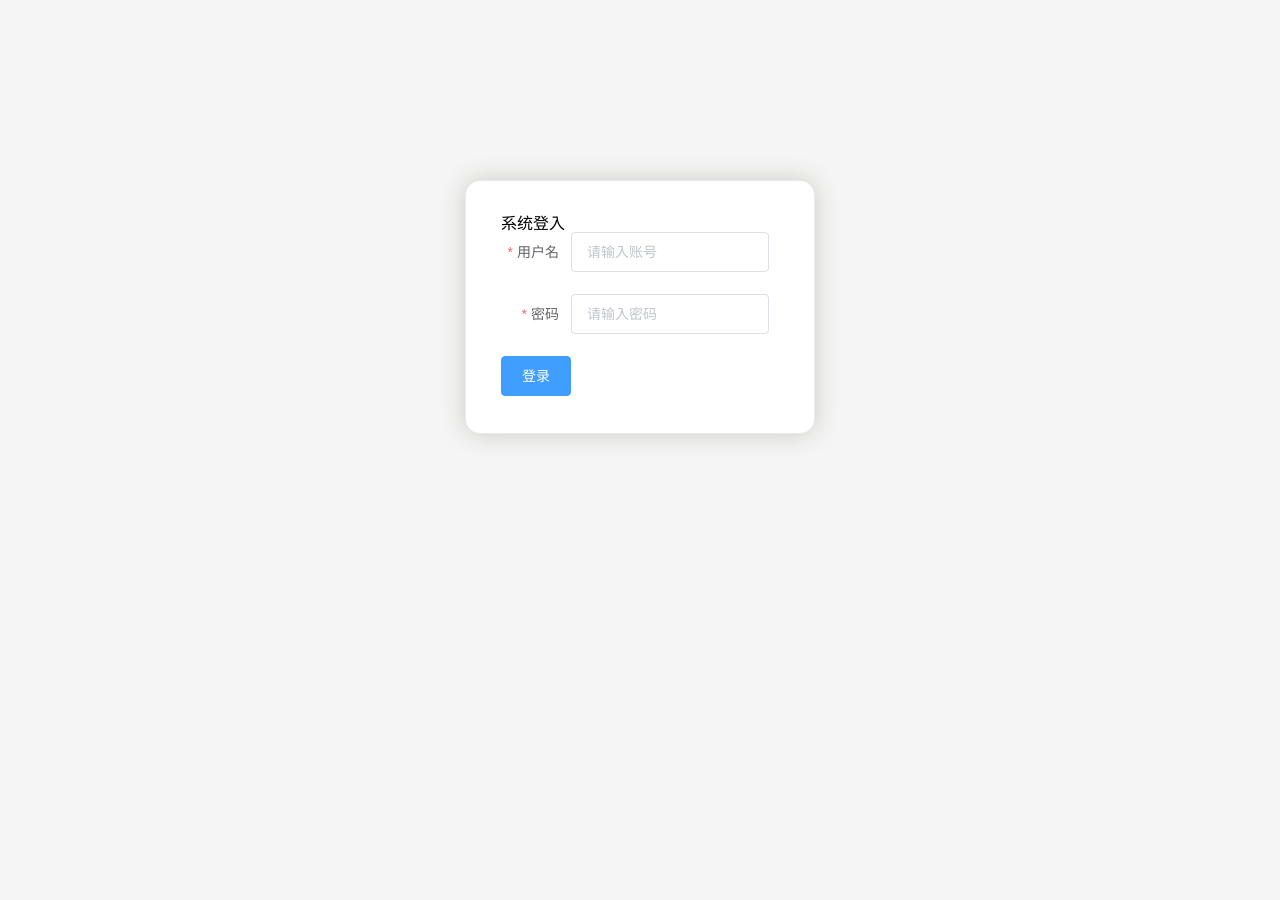
Repository: wangtao20230308/-
Page: /login
An editor plug-in stored every save of this project. The page is shown before and after the next save, followed by the edit.
The browser window is 1280 px wide. The pictures show the whole page.
The project was rebuilt for these pictures with package versions that can differ from the ones it lists, and the page was loaded fresh each time. Also part of the build but not shown: src/components/CommonAside.vue, src/components/CommonHeader.vue, src/components/commonTag.vue, src/views/Main.vue, src/utils/requst.js, src/api/index.js, src/views/Home.vue, src/views/User.vue and 3 more.

Above is the page before, as saved 2023-03-27 14:57:21.

### src/main.js
import Vue from 'vue'
import App from './App.vue'
// //element-ui全局引入
// import ElementUI from 'element-ui';
// import 'element-ui/lib/theme-chalk/index.css';
// //element-ui转换成一个插件
// Vue.use(ElementUI);

//ele按需导入
import {
  Pagination,
  MessageBox,
  DatePicker,
  Select,
  Option,
  Form,
  FormItem,
  Input,
  Dialog,
  Tag,
  Breadcrumb,
  BreadcrumbItem,
  Table,
  TableColumn,
  Col,
  Row,
  Card,
  Button,
  Radio,
  Container,
  Aside,
  Header,
  Main,
  Menu,
  Submenu,
  MenuItemGroup,
  MenuItem,
  Dropdown,
  DropdownMenu,
  DropdownItem,
} from 'element-ui'
import 'element-ui/lib/theme-chalk/index.css'
import './assets/less/index.less'
Vue.use(Button)
Vue.use(Radio)
Vue.use(Container)
Vue.use(Aside)
Vue.use(Header)
Vue.use(Main)
Vue.use(Menu)
Vue.use(Submenu)
Vue.use(MenuItemGroup)
Vue.use(MenuItem)
Vue.use(Dropdown)
Vue.use(DropdownMenu)
Vue.use(DropdownItem)
Vue.use(Card)
Vue.use(Row)
Vue.use(Col)
Vue.use(Table)
Vue.use(TableColumn)
Vue.use(Breadcrumb)
Vue.use(BreadcrumbItem)
Vue.use(Tag)
Vue.use(Dialog)
Vue.use(Form)
Vue.use(FormItem)
Vue.use(Input)
Vue.use(Select)
Vue.use(Option)
Vue.use(DatePicker)
Vue.use(Pagination)

Vue.component(MessageBox.name, MessageBox) // 全局注册组件， 若使用Vue.use()会再初始时候执行一次，有bug
Vue.prototype.$message = MessageBox // 挂载到vm实例上
Vue.prototype.$confirm = MessageBox // 挂载到vm实例上

//路由引入
import router from './router'
import store from './store'
import './api/mock'

Vue.config.productionTip = false

new Vue({
  router,
  store, //把store挂载到vue实例上
  render: (h) => h(App),
}).$mount('#app')

### src/App.vue
<template>
  <div id="app">
    <router-view></router-view>
  </div>
</template>

<script>
//import HelloWorld from './components/HelloWorld.vue'

export default {
  name: 'App',
  components: {
    //HelloWorld
  },
}
</script>

<style lang="less">
html,
body,
h3,
p {
  padding: 0;
  margin: 0;
}
#app {
  height: 100vh;
}
</style>

### src/router/index.js
//import { hasOwnMetadata } from 'core-js/fn/reflect'
import Vue from 'vue'
import VueRouter from 'vue-router'
import Main from '../views/Main.vue'
import Home from '../views/Home.vue'
import User from '../views/User.vue'
import Mall from '../views/Mall.vue'
import PageOne from '../views/PageOne.vue'
import PageTwo from '../views/PageTwo.vue'
import Login from '../views/Login.vue'

Vue.use(VueRouter)

const routes = [
  //主路由
  {
    path: '/',
    name: 'Main',
    //按需引入组件
    //原型：component: import()
    component: Main,
    redirect: '/home',
    children: [
      //子路由（嵌套路由）
      {
        //首页
        path: 'home',
        name: 'home',
        component: Home,
      },
      {
        //用户页
        path: 'user',
        name: 'user',
        component: User,
      },
      {
        //商品管理
        path: 'mall',
        name: 'mall',
        component: Mall,
      },
      {
        //页面1
        path: 'page1',
        name: 'page1',
        component: PageOne,
      },
      {
        //页面2
        path: 'page2',
        name: 'page2',
        component: PageTwo,
      },
      // {
      //   path: '/user',
      //   name: 'user',
      //   //按需引入组件
      //   //原型：component: import()
      //   component: () => import('../views/User')
      // }
    ],
  },
  //登入页面Login
  {
    path: '/login',
    name: 'login',
    component: Login,
  },
]

// new VueRouter({
//   mode: 'history',
// })
const router = new VueRouter({
  mode: 'history',
  routes,
})

//导出路由
export default router

### src/store/index.js
import Vue from 'vue'
import Vuex from 'vuex'
import tab from './tab'

//全局注入状态管理vuex
Vue.use(Vuex)

//创建vuex的实例
export default new Vuex.Store({
  modules: {
    tab,
  },
})

### src/api/mock.js
import Mock from 'mockjs'
import homeApi from './mockServeData/home'
import user from './mockServeData/user'

//定义mock请求拦截
// Mock.mock('/api/home/getData', 'get', function () {
//   //拦截到请求后的处理逻辑
//   console.log('拦截到了')
//   return 1
// })
Mock.mock('/api/home/getData', 'get', homeApi.getStatisticalData)

//用户列表的数据
Mock.mock('/api/user/add', 'post', user.createUser) //新增
Mock.mock('/api/user/edit', 'post', user.updateUser) //编辑
Mock.mock('/api/user/del', 'post', user.deleteUser) //删除
Mock.mock(/api\/user\/getUser/, 'get', user.getUserList) //获取表格数据

### src/assets/less/home.less
.home {
    .user {
      display: flex;
      align-items: center;
      padding-bottom: 20px;
      margin-bottom: 20px;
      border-bottom: 1px solid #ccc;
      img {
        width: 150px;
        height: 150px;
        border-radius: 50%;
        margin-right: 40px;
      }
      &info {
        .name {
          font-size: 32px;
          margin-bottom: 10px;
        }
        .access {
          color: #999999;
        }
      }
    }
    .login-info {
      p {
        line-height: 28px;
        font-size: 14px;
        color: #999999;
        span {
          color: #666666;
          margin-left: 60px;
        }
      }
    }
    .num {
      display: flex;
      flex-wrap: wrap;
      justify-content: space-between;
      .el-card {
        width: 32%;
        margin-bottom: 20px;
      }
      .icon {
        font-size: 30px;
        width: 80px;
        height: 80px;
        text-align: center;
        line-height: 80px;
        color: #fff;
      }
      .detail {
        margin-left: 15px;
        display: flex;
        flex-direction: column;
        justify-content: center;
        .num {
          font-size: 30px;
          margin-bottom: 10px;
        }
        .txt {
          font-size: 14px;
          text-align: center;
          color: #999999;
        }
      }
    }
    .graph {
      margin-top: 20px;
      display: flex;
      justify-content: space-between;
      .el-card {
        width: 48%;
      }
    }
  }

### src/views/Login.vue
<template>
  <div>
    <el-form :model="form" :rules="rules" :inline="true" class="login_container" label-width="70px">
      <h3 class="login_title">系统登入</h3>
      <el-form-item label="用户名" prop="userName">
        <el-input placeholder="请输入账号" v-model="form.userName"></el-input>
      </el-form-item>
      <el-form-item label="密码" prop="passWord">
        <el-input placeholder="请输入密码" v-model="form.passWord" type="password"></el-input>
      </el-form-item>
      <el-form-item>
        <el-button type="primary" @click="onSubmit">登录</el-button>
      </el-form-item>
    </el-form>
  </div>
</template>

<script>
export default {
  data() {
    return {
      form: {
        userName: '',
        passWord: '',
      },
      rules: {
        userName: [{ required: true, message: '请输入用户名', trigger: 'blur' }],
        passWord: [{ required: true, message: '请输入密码', trigger: 'blur' }],
      },
    }
  },
}
</script>

<style lang="less" scoped>
.login_container {
  width: 350px;
  border: 1px solid #eaeaea;
  margin: 180px auto;
  background-color: #fff;
  border-radius: 15px;
  box-shadow: 0 0 25px #cacac6;
  padding: 35px 35px 15px 35px;
  box-sizing: border-box;
  .el-input {
    width: 198px;
  }
}
</style>

### src/store/tab.js
//用来管理菜单的数据
export default {
  state: {
    isCollapse: false, // 控制菜单的展开还是收起
    tabsList: [
      {
        path: '/',
        name: 'home',
        label: '首页',
        icon: 's-home',
        url: 'Home/Home',
      },
    ], //面包屑数据
  },
  mutations: {
    //修改菜单展开收起的方法
    collapseMenu(state) {
      state.isCollapse = !state.isCollapse
    },
    //更新面包屑数据
    selectMenu(state, val) {
      //判断添加的数据是否为首页
      if (val.name !== 'home') {
        const index = state.tabsList.findIndex((item) => item.name === val.name)
        //如果不存在
        if (index === -1) {
          state.tabsList.push(val)
        }
      }
    },
    //删除指定的tag数据
    closeTag(state, item) {
      console.log(item, 'item')
      const index = state.tabsList.findIndex((val) => val.name === item.name)
      state.tabsList.splice(index, 1)
    },
  },
}

### src/api/mockServeData/home.js
// mock数据模拟
import Mock from 'mockjs'

// 图表数据
let List = []
export default {
  getStatisticalData: () => {
    //Mock.Random.float 产生随机数100到8000之间 保留小数 最小0位 最大0位
    for (let i = 0; i < 7; i++) {
      List.push(
        Mock.mock({
          苹果: Mock.Random.float(100, 8000, 0, 0),
          vivo: Mock.Random.float(100, 8000, 0, 0),
          oppo: Mock.Random.float(100, 8000, 0, 0),
          魅族: Mock.Random.float(100, 8000, 0, 0),
          三星: Mock.Random.float(100, 8000, 0, 0),
          小米: Mock.Random.float(100, 8000, 0, 0),
        })
      )
    }
    return {
      code: 20000,
      data: {
        // 饼图
        videoData: [
          {
            name: '小米',
            value: 2999,
          },
          {
            name: '苹果',
            value: 5999,
          },
          {
            name: 'vivo',
            value: 1500,
          },
          {
            name: 'oppo',
            value: 1999,
          },
          {
            name: '魅族',
            value: 2200,
          },
          {
            name: '三星',
            value: 4500,
          },
        ],
        // 柱状图
        userData: [
          {
            date: '周一',
            new: 5,
            active: 200,
          },
          {
            date: '周二',
            new: 10,
            active: 500,
          },
          {
            date: '周三',
            new: 12,
            active: 550,
          },
          {
            date: '周四',
            new: 60,
            active: 800,
          },
          {
            date: '周五',
            new: 65,
            active: 550,
          },
          {
            date: '周六',
            new: 53,
            active: 770,
          },
          {
            date: '周日',
            new: 33,
            active: 170,
          },
        ],
        // 折线图
        orderData: {
          date: ['20191001', '20191002', '20191003', '20191004', '20191005', '20191006', '20191007'],
          data: List,
        },
        //表格数据
        tableData: [
          {
            name: 'oppo',
            todayBuy: 500,
            monthBuy: 3500,
            totalBuy: 22000,
          },
          {
            name: 'vivo',
            todayBuy: 300,
            monthBuy: 2200,
            totalBuy: 24000,
          },
          {
            name: '苹果',
            todayBuy: 800,
            monthBuy: 4500,
            totalBuy: 65000,
          },
          {
            name: '小米',
            todayBuy: 1200,
            monthBuy: 6500,
            totalBuy: 45000,
          },
          {
            name: '三星',
            todayBuy: 300,
            monthBuy: 2000,
            totalBuy: 34000,
          },
          {
            name: '魅族',
            todayBuy: 350,
            monthBuy: 3000,
            totalBuy: 22000,
          },
        ],
      },
    }
  },
}

### src/api/mockServeData/user.js
import Mock from 'mockjs'

// get请求从config.url获取参数，post从config.body中获取参数
function param2Obj(url) {
  const search = url.split('?')[1]
  if (!search) {
    return {}
  }
  return JSON.parse('{"' + decodeURIComponent(search).replace(/"/g, '\\"').replace(/&/g, '","').replace(/=/g, '":"') + '"}')
}

let List = []
const count = 200

for (let i = 0; i < count; i++) {
  List.push(
    Mock.mock({
      id: Mock.Random.guid(),
      name: Mock.Random.cname(),
      addr: Mock.mock('@county(true)'),
      'age|18-60': 1,
      birth: Mock.Random.date(),
      sex: Mock.Random.integer(0, 1),
    })
  )
}

export default {
  /**
   * 获取列表
   * 要带参数 name, page, limt; name可以不填, page,limit有默认值。
   * @param name, page, limit
   * @return {{code: number, count: number, data: *[]}}
   */
  getUserList: (config) => {
    const { name, page = 1, limit = 20 } = param2Obj(config.url)
    console.log('name:' + name, 'page:' + page, '分页大小limit:' + limit)
    const mockList = List.filter((user) => {
      if (name && user.name.indexOf(name) === -1 && user.addr.indexOf(name) === -1) return false
      return true
    })
    const pageList = mockList.filter((item, index) => index < limit * page && index >= limit * (page - 1))
    return {
      code: 20000,
      count: mockList.length,
      list: pageList,
    }
  },
  /**
   * 增加用户
   * @param name, addr, age, birth, sex
   * @return {{code: number, data: {message: string}}}
   */
  createUser: (config) => {
    const { name, addr, age, birth, sex } = JSON.parse(config.body)
    console.log(JSON.parse(config.body))
    List.unshift({
      id: Mock.Random.guid(),
      name: name,
      addr: addr,
      age: age,
      birth: birth,
      sex: sex,
    })
    return {
      code: 20000,
      data: {
        message: '添加成功',
      },
    }
  },
  /**
   * 删除用户
   * @param id
   * @return {*}
   */
  deleteUser: (config) => {
    const { id } = JSON.parse(config.body)
    if (!id) {
      return {
        code: -999,
        message: '参数不正确',
      }
    } else {
      List = List.filter((u) => u.id !== id)
      return {
        code: 20000,
        message: '删除成功',
      }
    }
  },
  /**
   * 批量删除
   * @param config
   * @return {{code: number, data: {message: string}}}
   */
  batchremove: (config) => {
    let { ids } = param2Obj(config.url)
    ids = ids.split(',')
    List = List.filter((u) => !ids.includes(u.id))
    return {
      code: 20000,
      data: {
        message: '批量删除成功',
      },
    }
  },
  /**
   * 修改用户
   * @param id, name, addr, age, birth, sex
   * @return {{code: number, data: {message: string}}}
   */
  updateUser: (config) => {
    const { id, name, addr, age, birth, sex } = JSON.parse(config.body)
    const sex_num = parseInt(sex)
    List.some((u) => {
      if (u.id === id) {
        u.name = name
        u.addr = addr
        u.age = age
        u.birth = birth
        u.sex = sex_num
        return true
      }
    })
    return {
      code: 20000,
      data: {
        message: '编辑成功',
      },
    }
  },
}

Loaded but not shown: public/index.html (common file); src/assets/less/index.less (common file); src/assets/less/common.less (common file); src/assets/less/reset.less (common file)

After the next save:
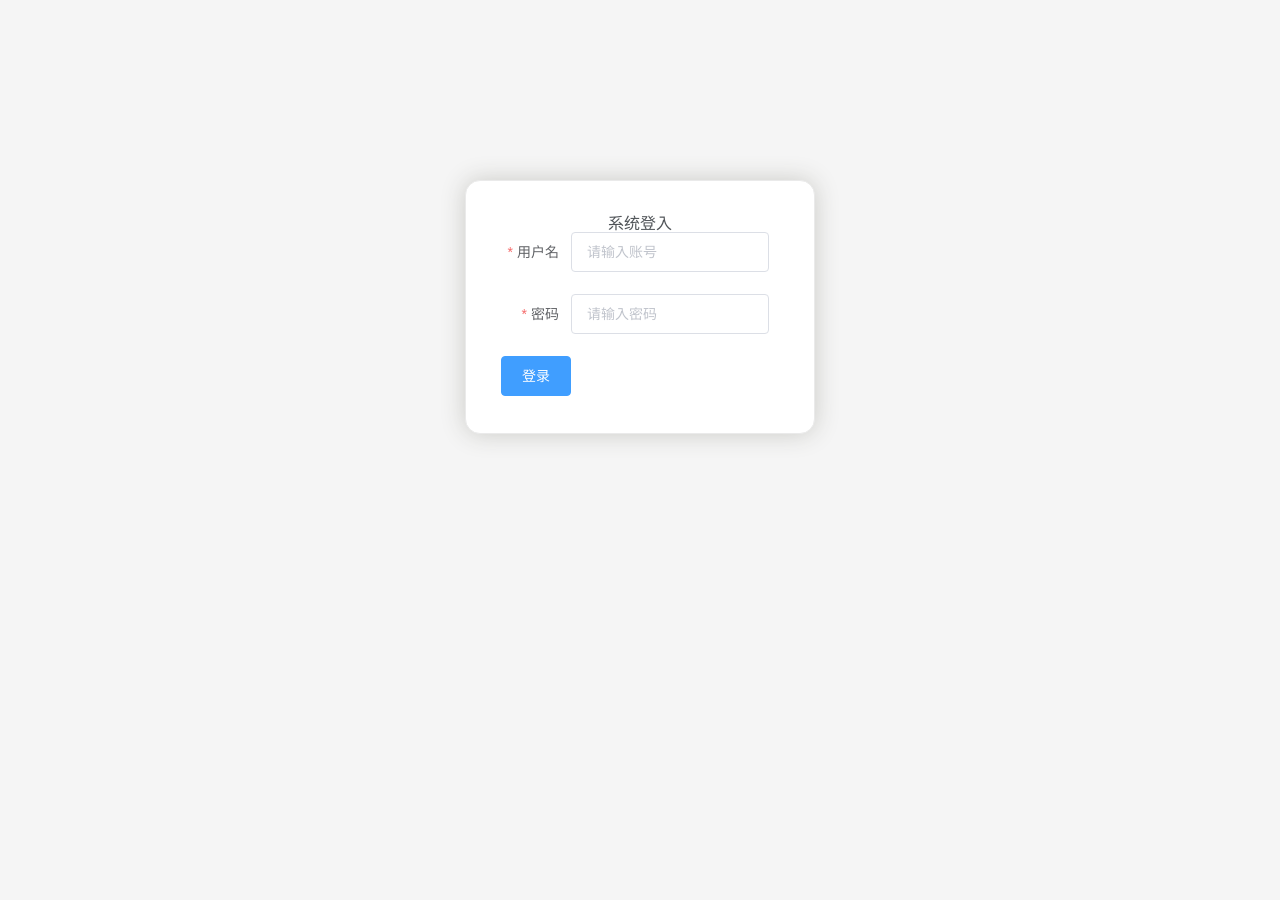
Saved 2 min 5 s later.
--- a/src/views/Login.vue
+++ b/src/views/Login.vue
@@ -45,5 +45,9 @@ export default {
   .el-input {
     width: 198px;
   }
+  .login_title {
+    text-align: center;
+    color: #505458;
+  }
 }
 </style>
